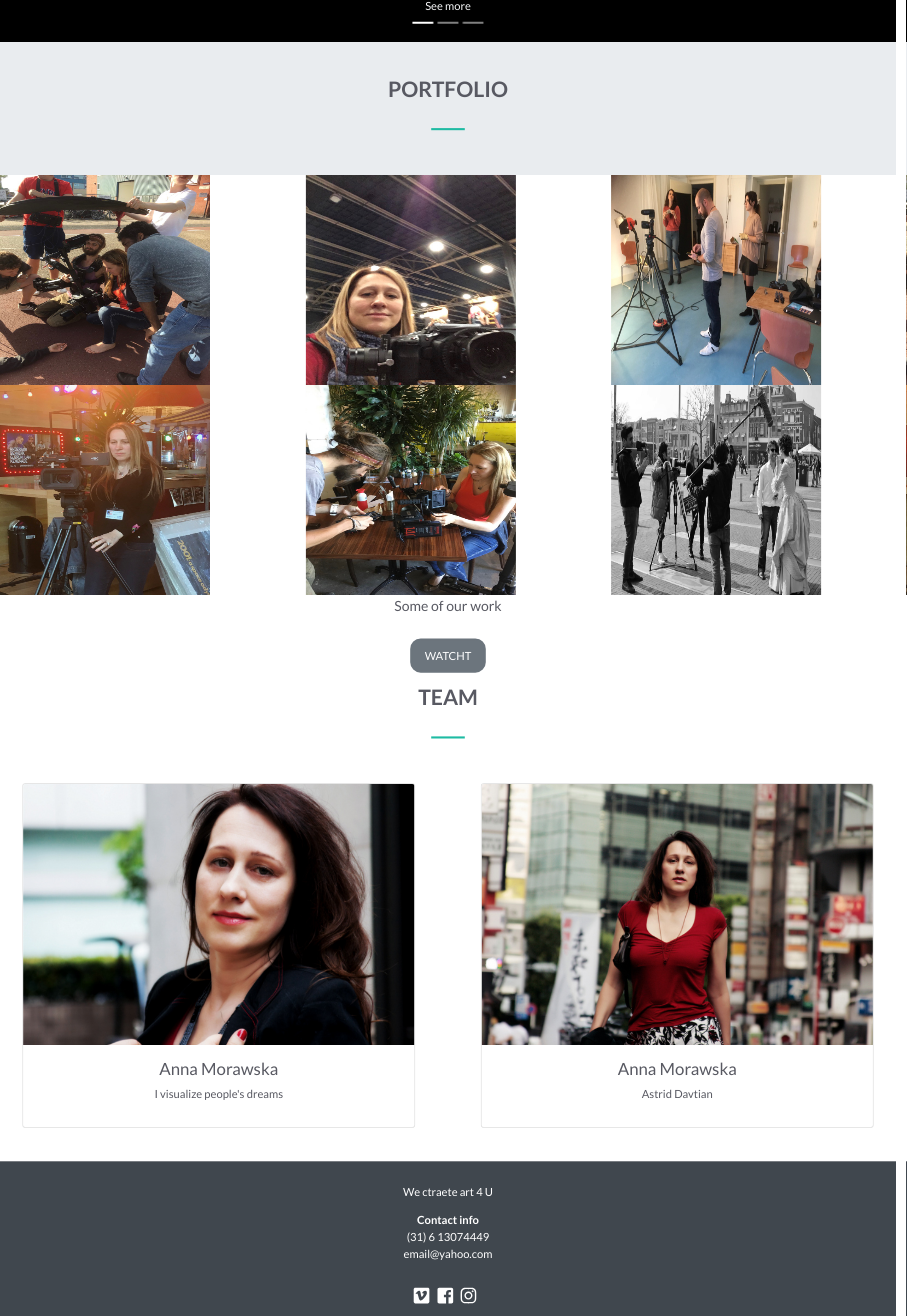
Repository: amorawskanew/My-first-website1
Page: index.html
The author's editor kept a record of every edit. The page is drawn from the files as they stood at one moment, then again after the next edit.
The browser window is 1280 px wide. The page is 1295 px wide, so the pictures cover 1295 px, including what lies to the right of the window. The pictures show the part of the page from y = 660 to 2540 px (the page is 2663 px tall before and 3147 px after), at 70% of full size.
Some web libraries are served in a nearby version.

Above is the page before.

After the next edit:
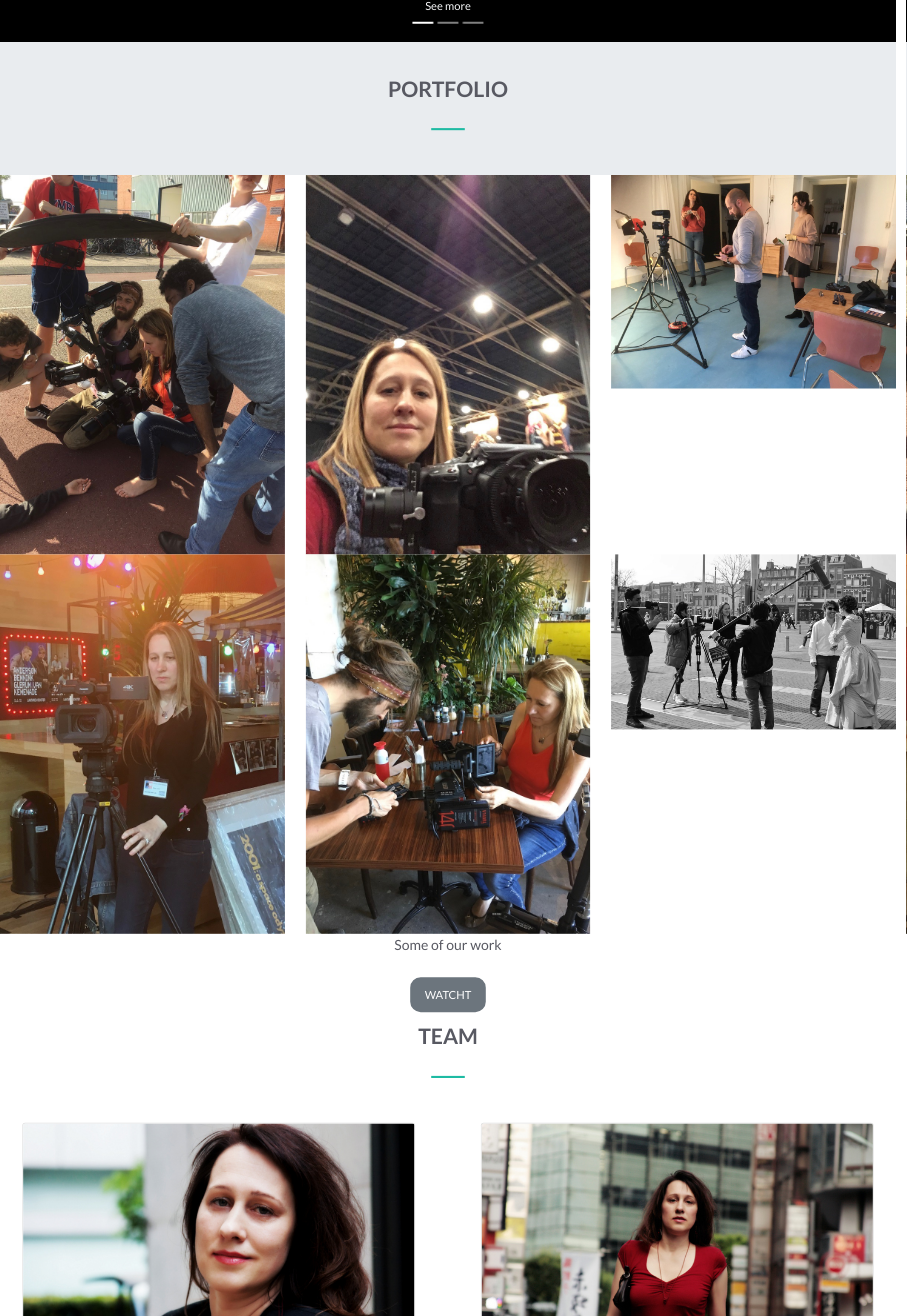
The edit:
--- a/style.css
+++ b/style.css
@@ -104,8 +104,7 @@
 
     transition:transform .5s ease;
     background-size: cover;
-    width:300px;
-    height:300px;
+    width:100%;
     padding:0;
     margin:0;
 
